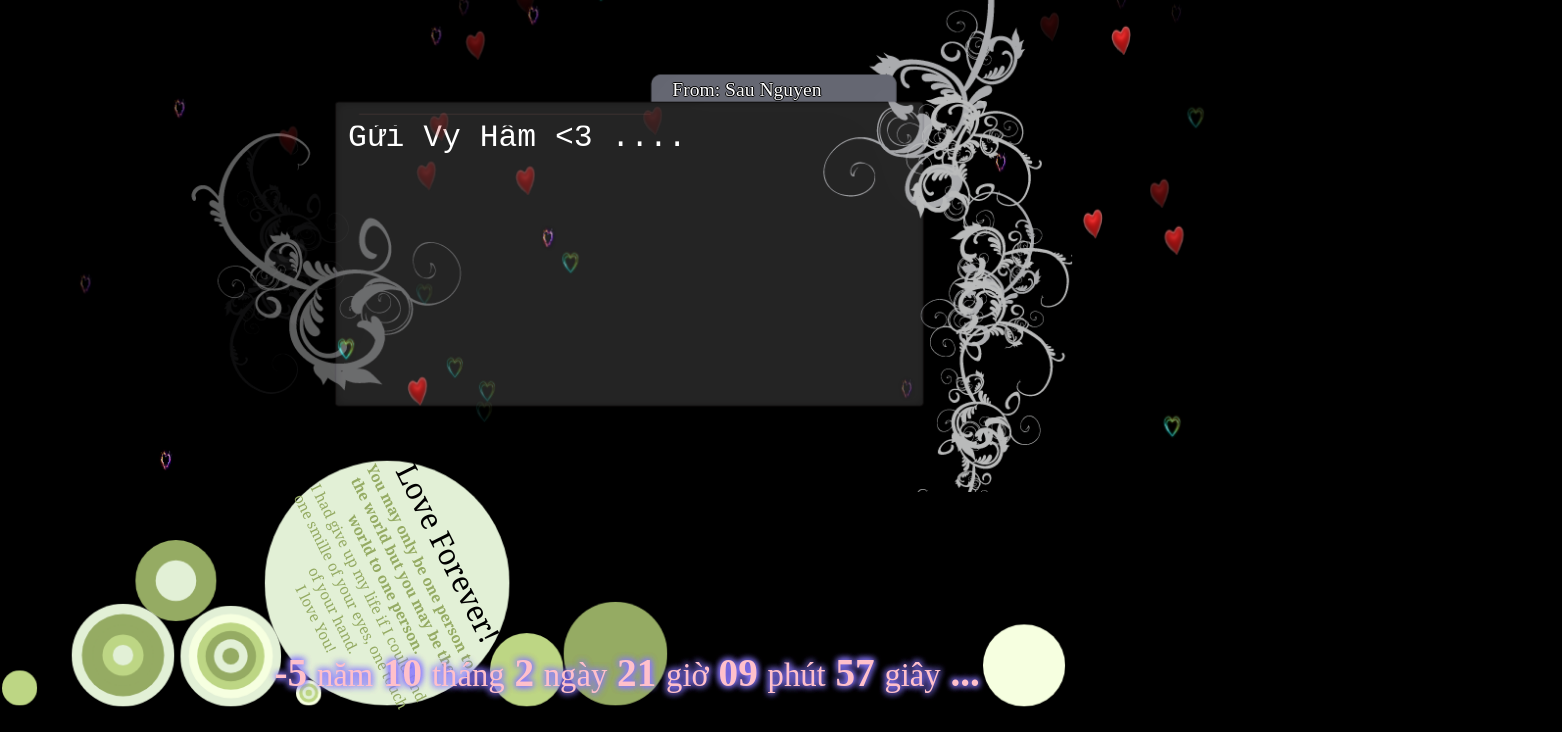
Repository: saunptit97/hpbdmon
Page: index.html
These files come from the project's save history. The page is drawn as it stood at one moment and after the next save; the edit follows.
The browser window is 1280 px wide. The page is 1594 px wide, so the pictures cover 1594 px, including what lies to the right of the window. The pictures show the whole page, at 98% of full size.

Above is the page before, as saved 2022-11-12 20:45:47.
Console error: TypeError: $(...).play is not a function
Not found: bg.jpg

After the next save:
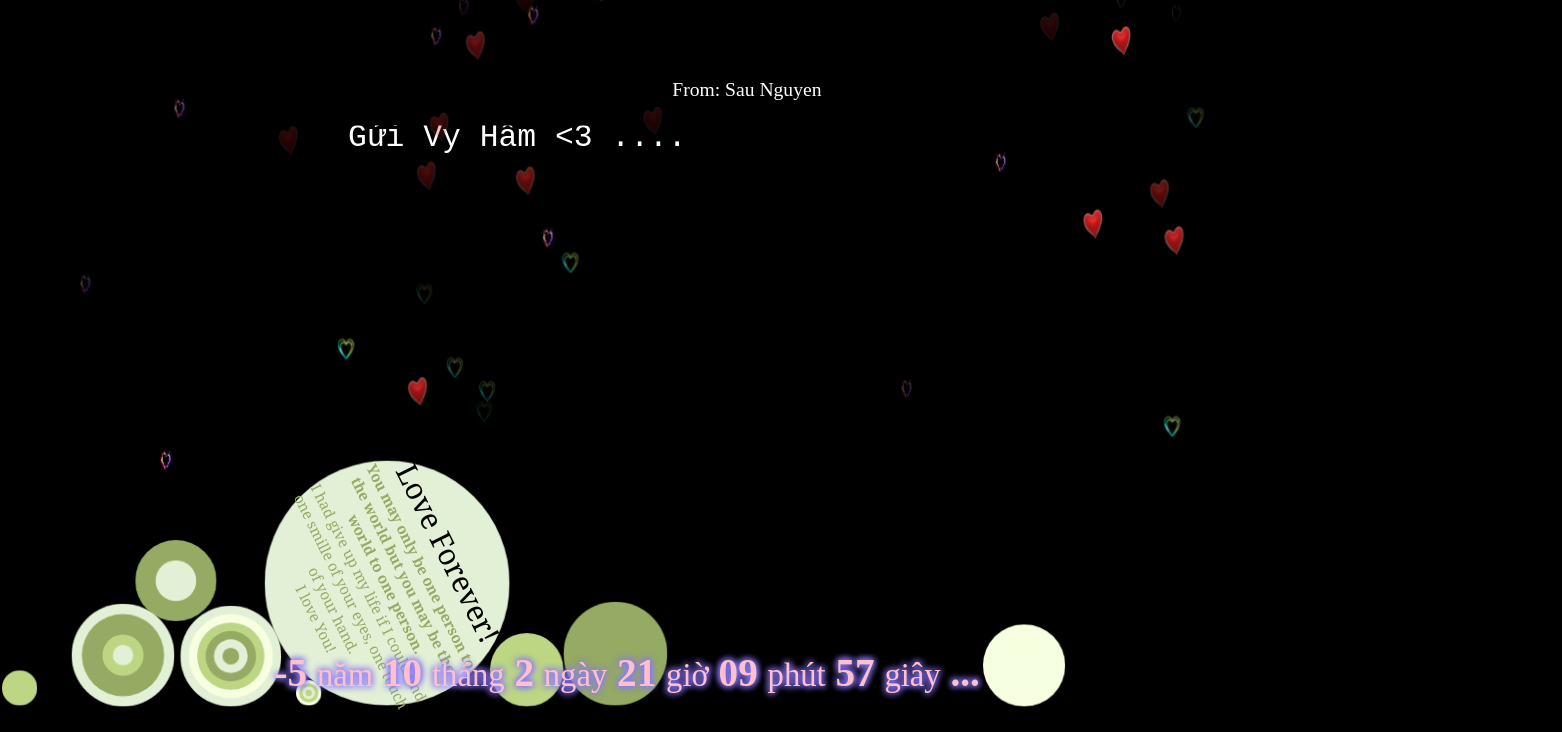
Saved 10 s later.
--- a/style.css
+++ b/style.css
@@ -54,7 +54,7 @@ body:before{
     clear:both;
     margin-left: auto;
     margin-right: auto;
-    background-image: url('bgcontent.png');
+    background-image: url('bg.jpg');
     background-position: top center;
     background-repeat: no-repeat;
 
